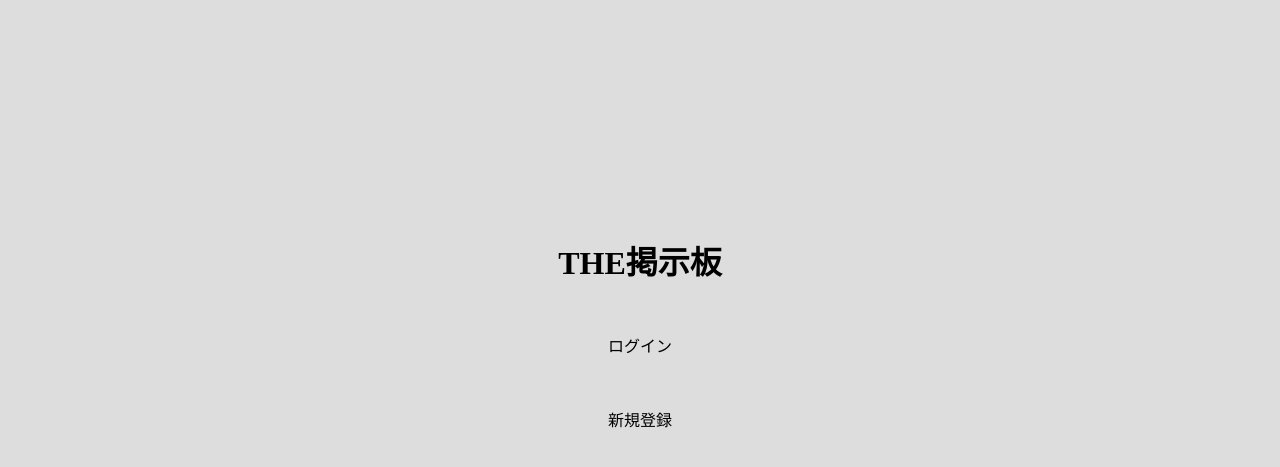
Repository: ryosuke-yamoto/BBS
Page: http://localhost/BBS_yamoto/View/top.php
An editor plug-in stored every save of this project. The page is shown before and after the next save, followed by the edit.
The browser window is 1280 px wide. The pictures show the whole page.
The page is run by PHP 8.4 with error messages shown; the project is at /var/www/html/.

Above is the page before, as saved 2020-05-19 11:14:02.

### View/top.php
<!DOCTYPE html>
<html lang="ja">
<head>
  <meta charset="UTF-8">
  <link rel="stylesheet" href="./css/top.css">
  <meta name="viewport" content="width=device-width, initial-scale=1.0">
  <meta http-equiv="X-UA-Compatible" content="ie=edge">
  <title>トップページ</title>
</head>
<body>
  <div>
    <h1>THE掲示板</h1>
    <a href="./Signin/sign_in.php">ログイン</a>
    <a href="">新規登録</a>
  </div>
</body>
</html>

### View/css/top.css
body {
  background-color: #DDDDDD;
}

div {
  position: absolute;
  top: 50%;
  left: 50%;
  transform: translate(-50%, -50%);
  width: 50%;
  height: 40%;
  text-align: center;
}

a {
  display: block;
  margin-top: 50px;
  color: black;
  text-decoration: none;
}

After the next save:
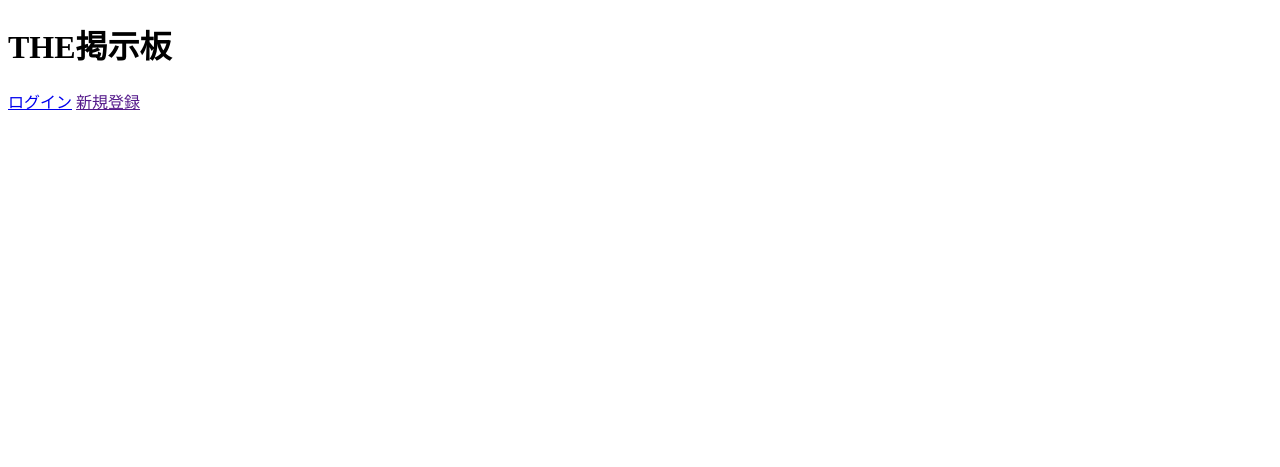
Not found: BBS_yamoto/css/top.css
Saved 23 s later.
--- a/View/top.php
+++ b/View/top.php
@@ -2,7 +2,7 @@
 <html lang="ja">
 <head>
   <meta charset="UTF-8">
-  <link rel="stylesheet" href="./css/top.css">
+  <link rel="stylesheet" href="../css/top.css">
   <meta name="viewport" content="width=device-width, initial-scale=1.0">
   <meta http-equiv="X-UA-Compatible" content="ie=edge">
   <title>トップページ</title>

After the 4 saves that followed:
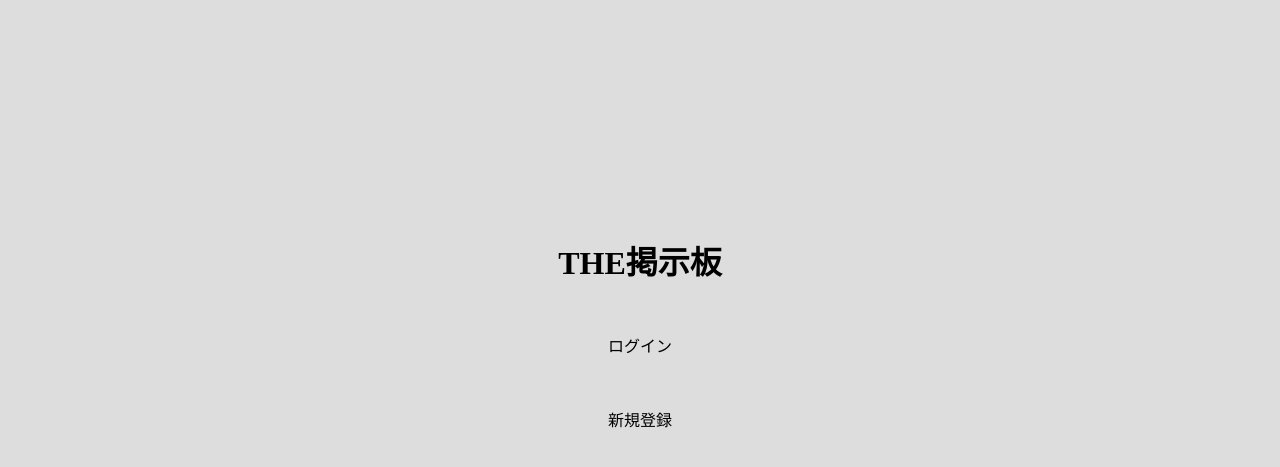
The 4 saves are shown as one change because 3 left the picture as it was.
The last was saved 70 s later.
--- a/View/top.php
+++ b/View/top.php
@@ -2,7 +2,7 @@
 <html lang="ja">
 <head>
   <meta charset="UTF-8">
-  <link rel="stylesheet" href="../css/top.css">
+  <link rel="stylesheet" href="./css/top.css">
   <meta name="viewport" content="width=device-width, initial-scale=1.0">
   <meta http-equiv="X-UA-Compatible" content="ie=edge">
   <title>トップページ</title>
